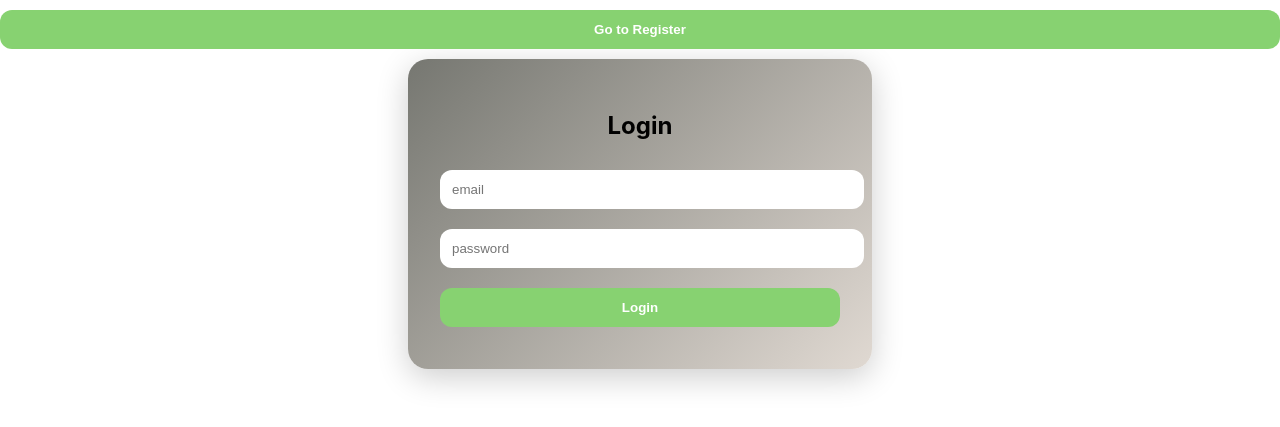
Repository: aab232/https---github.com-aab232-Deferred-Payment-Platform
Page: / (app in frontend/)
An editor plug-in stored every save of this project. The page is shown before and after the next save, followed by the edit.
The browser window is 1280 px wide. The pictures show the whole page.
The project was rebuilt for these pictures with package versions that can differ from the ones it lists, and the page was loaded fresh each time. Also part of the build but not shown: frontend/src/components/Register.js.

Above is the page before, as saved 2025-03-14 01:18:06.

### frontend/src/App.js
import React, { useState } from "react";
import Register from "./components/Register";
import Login from "./components/Login";

const App = () => {
    const [showLogin, setShowLogin] = useState(true);

    return (
        <div>
            <button onClick={() => setShowLogin(!showLogin)}>
                {showLogin ? "Go to Register" : "Go to Login"}
            </button>
            {showLogin ? <Login /> : <Register />}
        </div>
    );
};

export default App;

### frontend/src/components/Login.js
import React, { useState } from "react";
import axios from "axios";
import "./Login.css"; // Import the CSS for Login page

const Login = () => {
    const [formData, setFormData] = useState({
        email: "",
        password: "",
    });

    const handleChange = (e) => {
        setFormData({ ...formData, [e.target.name]: e.target.value });
    };

    const handleSubmit = async (e) => {
        e.preventDefault();
        try {
            const response = await axios.post("http://localhost:5000/login", formData);
            alert(response.data.message);
        } catch (error) {
            alert(error.response?.data.message || "Login failed.");
        }
    };

    return (
        <div className="container">
            <h2>Login</h2>
            <form onSubmit={handleSubmit}>
                {Object.keys(formData).map((field) => (
                    <input
                        key={field}
                        type={field === "password" ? "password" : "text"}
                        name={field}
                        placeholder={field}
                        value={formData[field]}
                        onChange={handleChange}
                        required
                    />
                ))}
                <button type="submit">Login</button>
            </form>
        </div>
    );
};

export default Login;

### frontend/src/components/Register.css
/* Styling for the Registration Form */
.form-container {
    max-width: 400px;
    margin: auto;
    padding: 2rem;
    background: linear-gradient(135deg, #ffafbd, #ffc3a0);
    border-radius: 20px;
    box-shadow: 0 8px 32px rgba(0, 0, 0, 0.2);
    text-align: center;
  }

  input, button {
    margin: 10px 0;
    padding: 12px;
    width: 100%;
    border-radius: 12px;
    border: none;
  }

  button {
    background-color: #6a11cb;
    color: white;
    font-weight: bold;
    cursor: pointer;
  }

  p {
    cursor: pointer;
    color: #6a11cb;
  }

### frontend/src/components/Login.css
/* Styling for the Login Form */
.container {
    max-width: 400px;
    margin: auto;
    padding: 2rem;
    background: linear-gradient(135deg, #767771, #E0D9D2);
    border-radius: 20px;
    box-shadow: 0 8px 32px rgba(0, 0, 0, 0.2);
    text-align: center;
  }

  input, button {
    margin: 10px 0;
    padding: 12px;
    width: 100%;
    border-radius: 12px;
    border: none;
  }

  button {
    background-color: #87D271;
    color: white;
    font-weight: bold;
    cursor: pointer;
  }

  p {
    cursor: pointer;
    color: #87D271;
  }

Loaded but not shown: frontend/public/index.html (common file); frontend/src/index.js (common file); frontend/src/index.css (common file); frontend/src/reportWebVitals.js (common file)

After the next save:
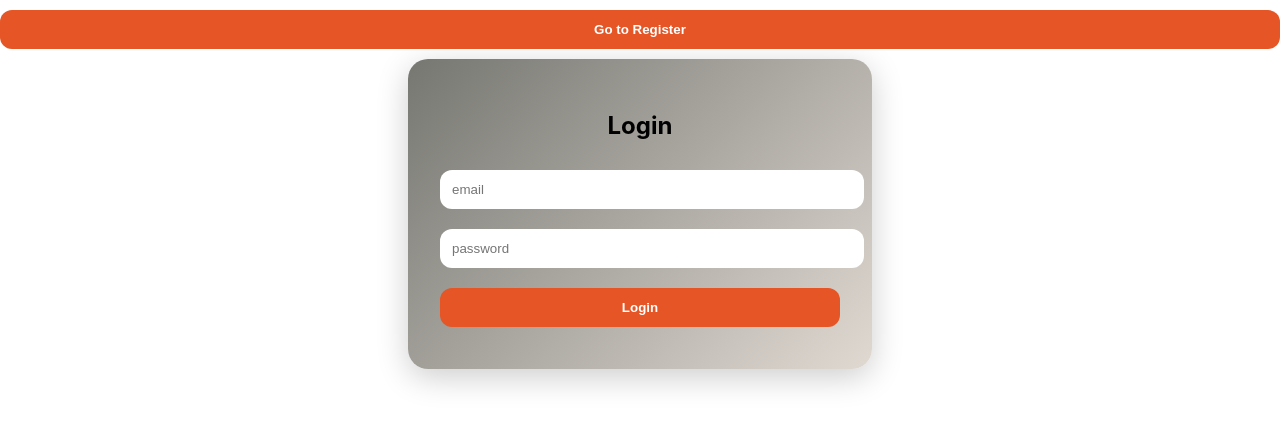
Saved 48 s later.
--- a/frontend/src/components/Login.css
+++ b/frontend/src/components/Login.css
@@ -18,7 +18,7 @@
   }
 
   button {
-    background-color: #87D271;
+    background-color: #E65525;
     color: white;
     font-weight: bold;
     cursor: pointer;
@@ -26,5 +26,5 @@
 
   p {
     cursor: pointer;
-    color: #87D271;
+    color: #E65525;
   }
